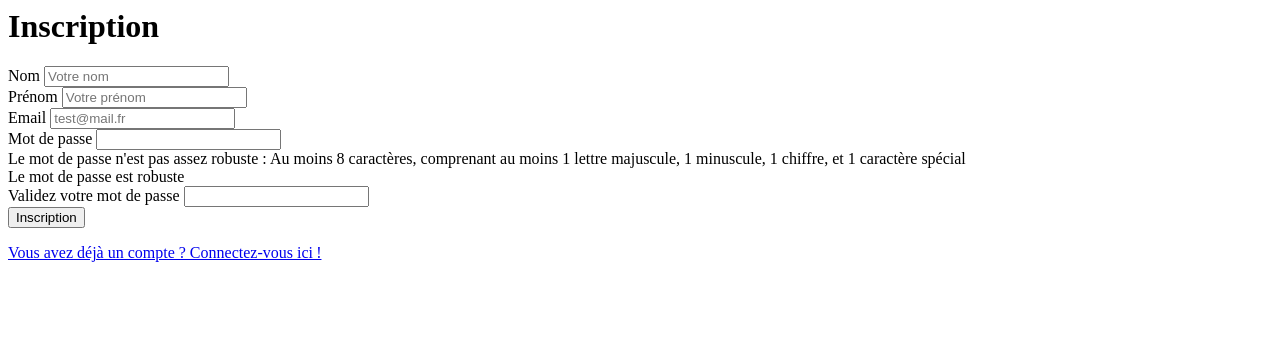
Repository: lemonhao9/QuaiAntiqueRestaurantFront
Page: pages/auth/signup.html
The author's editor kept a copy of each file at every save. The page is drawn from the files as they stood at one save, then again after the next save.
The browser window is 1280 px wide. The pictures show the whole page.

Above is the page before, as saved 2025-02-24 17:18:13.

### pages/auth/signup.html
<div class="hero-scene text-center text-white">
    <div class="hero-scene-content">
            <h1>Inscription</h1>
    </div>
</div>

<div class="container">
    <form>
        <div class="mb-3">
            <label for="NomInput" class="form-label">Nom</label>
            <input type="text" class="form-control" id="NomInput" placeholder="Votre nom" name="Nom">
        </div>
        <div class="mb-3">
            <label for="PrenomInput" class="form-label">Prénom</label>
            <input type="text" class="form-control" id="PrenomInput" placeholder="Votre prénom" name="Prenom">
          </div>
        <div class="mb-3">
          <label for="EmailInput" class="form-label">Email</label>
          <input type="email" class="form-control" id="EmailInput" placeholder="test@mail.fr" name="Email">
        </div>
        <div class="mb-3">
          <label for="PasswordInput" class="form-label">Mot de passe</label>
          <input type="password" class="form-control" id="PasswordInput" name="Password">
          <div class="invalid-feedback">
            Le mot de passe n'est pas assez robuste : Au moins 8 caractères, comprenant au moins 1 lettre majuscule, 1 minuscule, 1 chiffre, et 1 caractère spécial
          </div>
          <div class="valid-feedback">
            Le mot de passe est robuste
          </div>
        </div>
        <div class="mb-3">
            <label for="ValidatePasswordInput" class="form-label">Validez votre mot de passe</label>
            <input type="password" class="form-control" id="ValidatePasswordInput" name="PasswordConfirm">
          </div>
        <div class="text-center">
            <button type="submit" class="btn btn-primary" id="btn-validation-inscription">Inscription</button>
        </div>
    </form>
    <div class="text-center pt-3">
        <a href="/signin">Vous avez déjà un compte ? Connectez-vous ici !</a>
    </div>
</div>

After the next save:
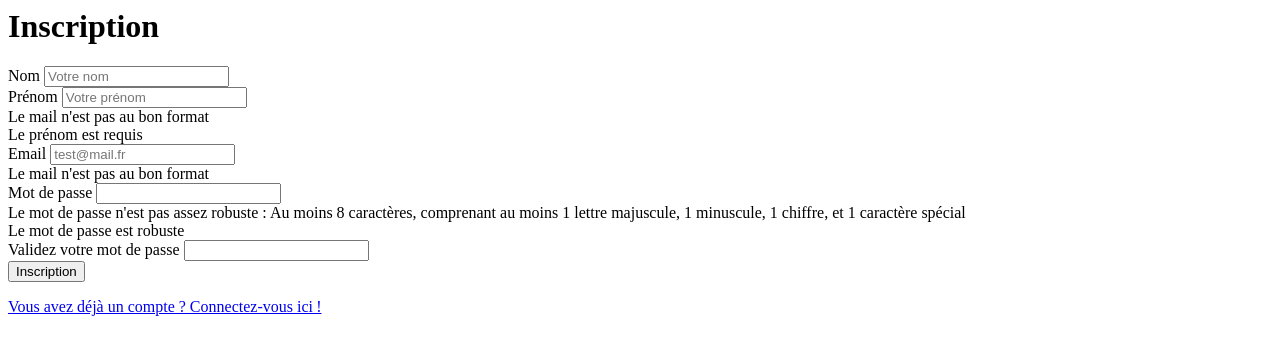
Saved 92 s later.
--- a/pages/auth/signup.html
+++ b/pages/auth/signup.html
@@ -13,10 +13,19 @@
         <div class="mb-3">
             <label for="PrenomInput" class="form-label">Prénom</label>
             <input type="text" class="form-control" id="PrenomInput" placeholder="Votre prénom" name="Prenom">
+            <div class="invalid-feedback">
+              Le mail n'est pas au bon format
+            </div>
+          </div>
+          <div class="invalid-feedback">
+            Le prénom est requis
           </div>
         <div class="mb-3">
           <label for="EmailInput" class="form-label">Email</label>
           <input type="email" class="form-control" id="EmailInput" placeholder="test@mail.fr" name="Email">
+        </div>
+        <div class="invalid-feedback">
+          Le mail n'est pas au bon format
         </div>
         <div class="mb-3">
           <label for="PasswordInput" class="form-label">Mot de passe</label>
